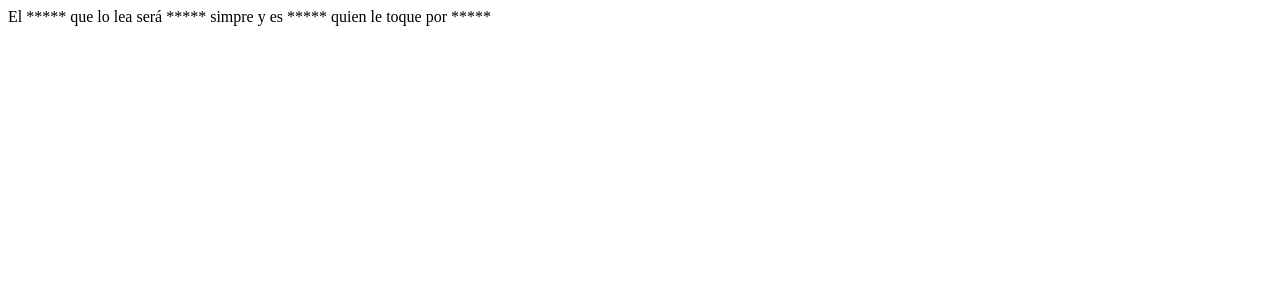
Repository: JaimeMarTal/JaimePHP
Page: http://localhost/ev1/ej13.php
The author's editor kept a copy of each file at every save. The page is drawn from the files as they stood at one save, then again after the next save.
The browser window is 1280 px wide. The pictures show the whole page.
The page is run by PHP 8.4 with error messages shown; the project is at /var/www/html/.

Above is the page before, as saved 2020-10-02 08:00:40.

After the next save:
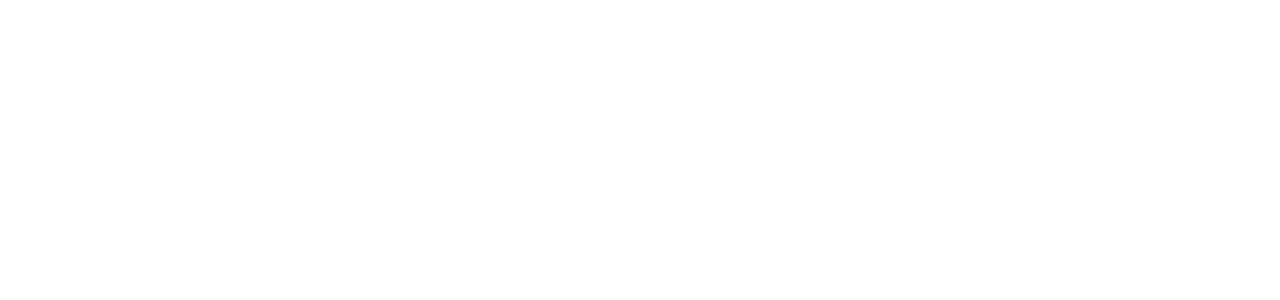
Saved 107 s later.
--- a/clase/ev1/ej13.php
+++ b/clase/ev1/ej13.php
@@ -4,14 +4,10 @@
 $cadena = 'El tonto que lo lea será tonto simpre y es tonto quien le toque por tonto';
 $palabrasprohibidas = ['tonto','tolai','gilí','pringao'];
 
-$arraycadena = explode(' ', $cadena);
-
-foreach ($arraycadena as $palabra){
+foreach ($palabrasprohibidas as $palabrota){
 
 
 }
 
-$sustituido = str_replace('tonto','*****',$cadena);
-echo $sustituido;
 
 ?>

After the save that followed:
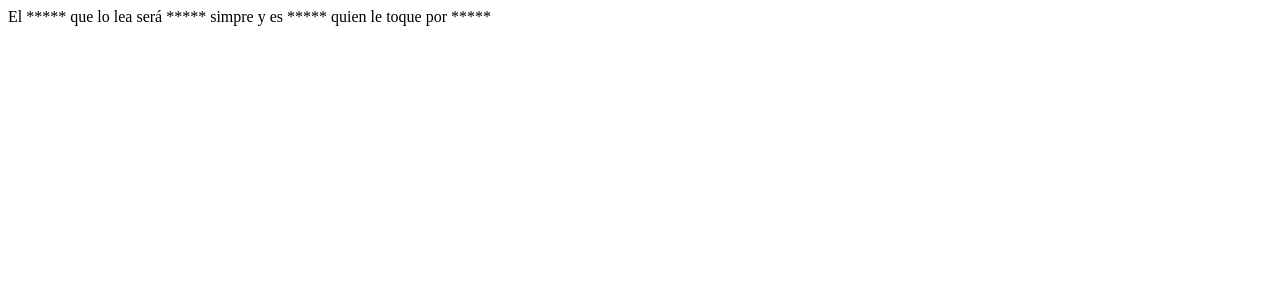
Saved 30 s later.
--- a/clase/ev1/ej13.php
+++ b/clase/ev1/ej13.php
@@ -5,9 +5,11 @@
 $palabrasprohibidas = ['tonto','tolai','gilí','pringao'];
 
 foreach ($palabrasprohibidas as $palabrota){
-
+    str_replace($palabrota,'*****',$cadena);
 
 }
 
+$sustituido = str_replace('tonto','*****',$cadena);
+echo $sustituido;
 
 ?>
